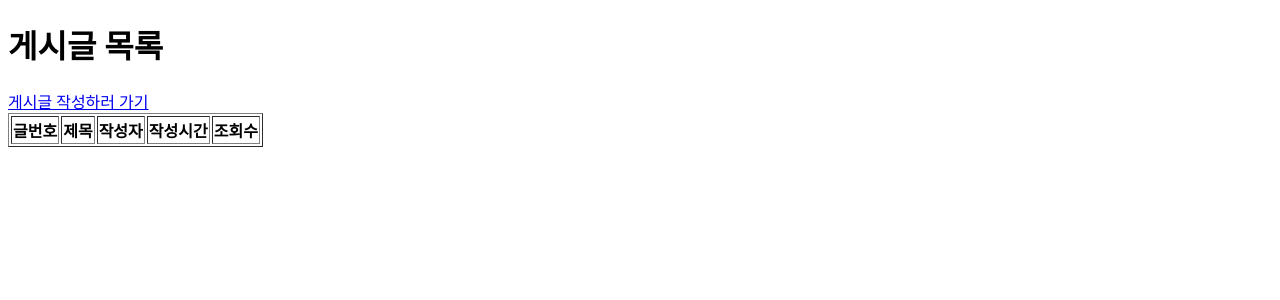
Repository: BSHaRu/secret
Page: http://localhost/integrated_implementaion/board/board_list.jsp
These files come from the project's save history. The page is drawn as it stood at one moment and after the next save; the edit follows.
The browser window is 1280 px wide. The pictures show the whole page.
The page is served by Tomcat 9.

Above is the page before, as saved 2022-07-13 04:42:26.

After the next save:
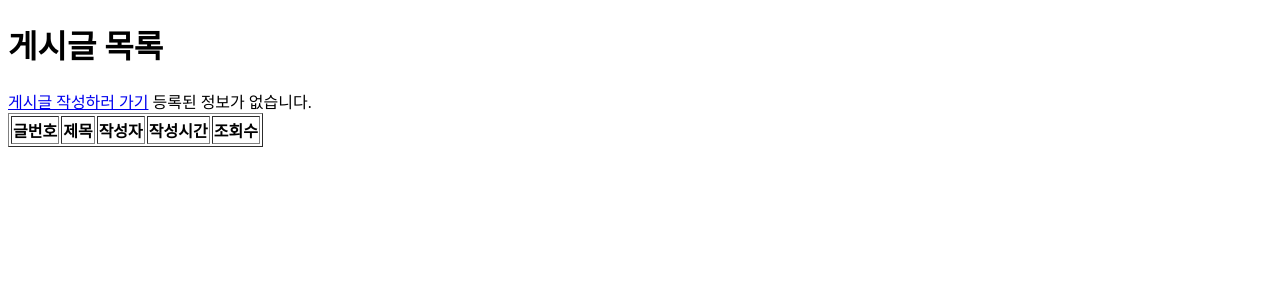
Saved 54 s later.
--- a/workspace/jsp/integrated_implementaion/src/main/webapp/board/board_list.jsp
+++ b/workspace/jsp/integrated_implementaion/src/main/webapp/board/board_list.jsp
@@ -19,6 +19,14 @@
 			<th>조회수</th>
 		</tr>
 		<!-- 게시글 목록 -->
+		<c:choose>
+			<c:when test="">
+
+			</c:when>
+			<c:otherwise>
+				등록된 정보가 없습니다.
+			</c:otherwise>
+		</c:choose>
 
 		<!-- 페이지 블럭 작성  -->
 	</table>
